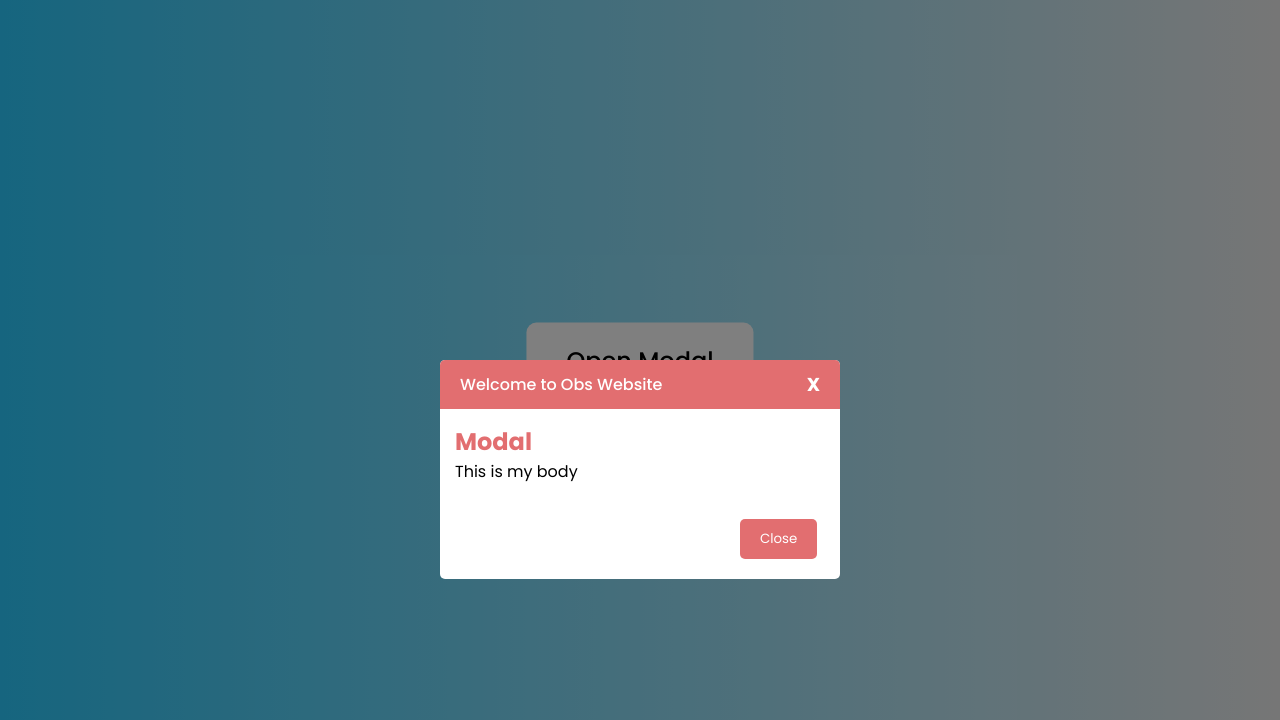
Repository: lausamtuong/Modal_card
Page: index.html
An editor plug-in stored every save of this project. The page is shown before and after the next save, followed by the edit.
The browser window is 1280 px wide. The pictures show the whole page.
The style sheet was rebuilt from its Sass, Less or Tailwind sources for each picture, by a compiler version that may differ from the author's.

Above is the page before, as saved 2021-12-15 07:07:51.
Console error: TypeError: open.addEvenListener is not a function

After the next save:
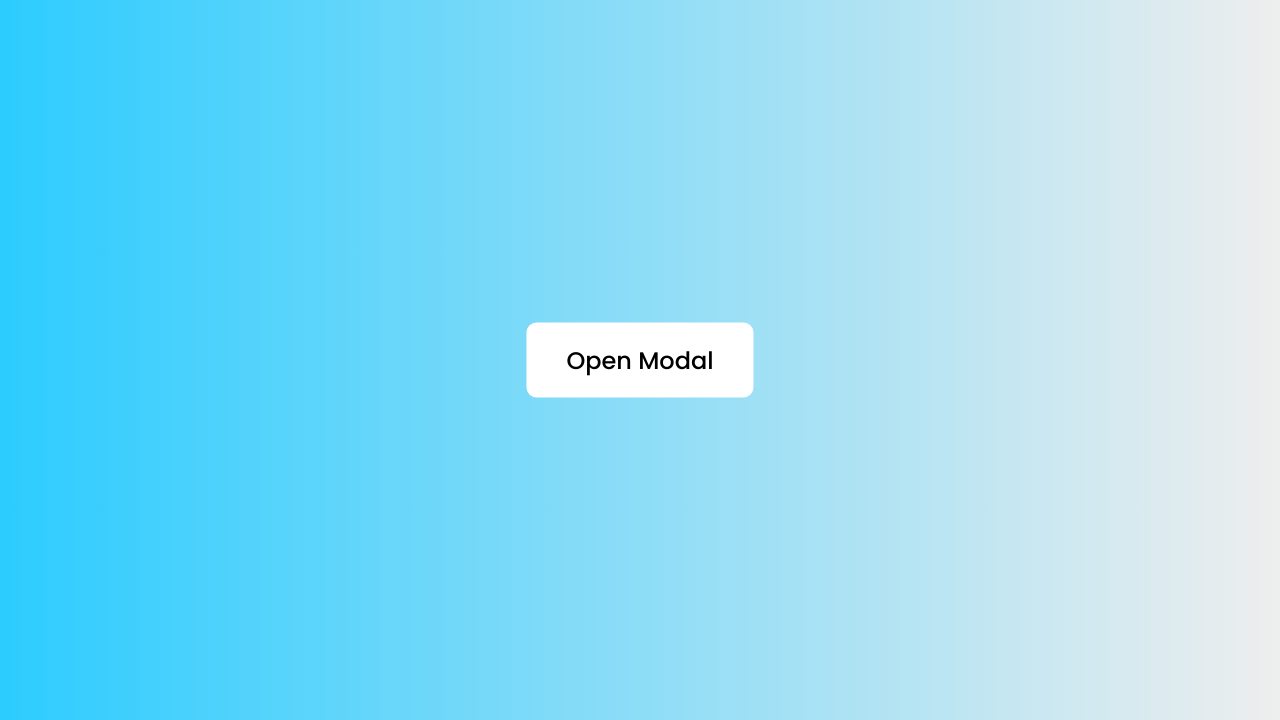
Saved 11 s later.
--- a/index.html
+++ b/index.html
@@ -10,7 +10,7 @@
 </head>
 <body>
     <button class="open__btn">Open Modal</button>
-    <div class="modal ">
+    <div class="modal hide">
         <div class="modal__inner">
             <div class="modal__header">
                 <p>Welcome to Obs Website</p>
